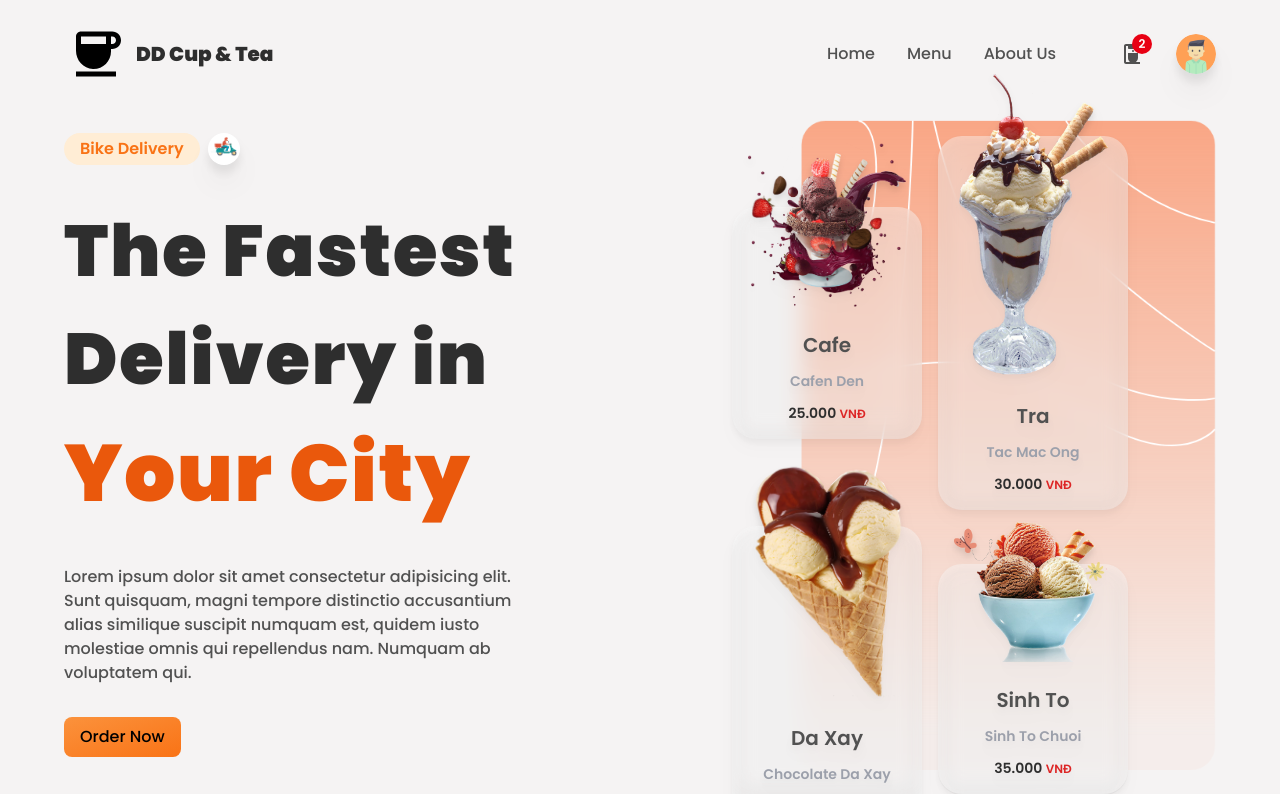
Repository: duongspm/ddcoffee
Page: /
These files come from the project's save history. The page is drawn as it stood at one moment and after a run of saves; the edit follows.
The browser window is 1280 px wide. The pictures show the whole page.
The project was rebuilt for these pictures with package versions that can differ from the ones it lists, and the page was loaded fresh each time. Also part of the build but not shown: src/App.css, src/components/CreateContainer.jsx.

Above is the page before, as saved 2022-07-12 20:07:31.

After the next 2 saves:
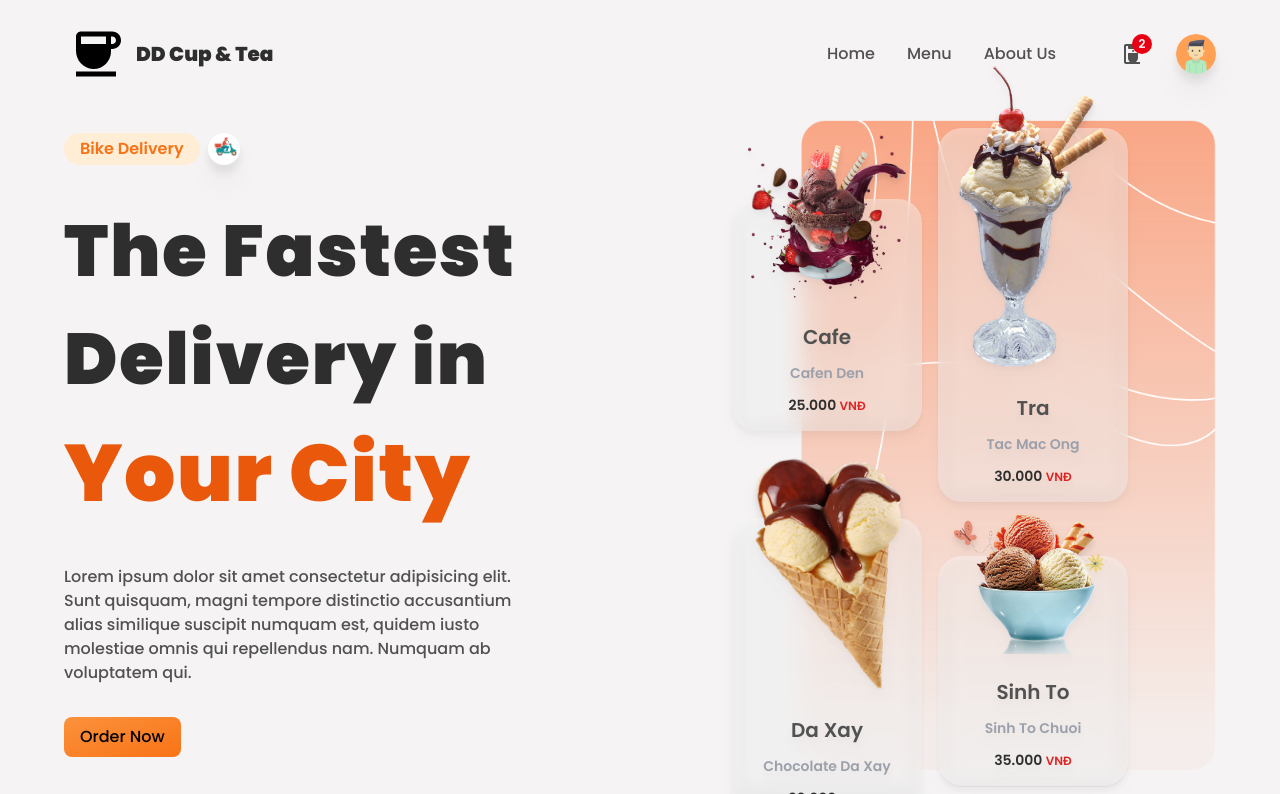
The 2 saves are shown as one change because they came seconds apart.
The last was saved 85 s later.
--- a/src/components/HomeContainer.jsx
+++ b/src/components/HomeContainer.jsx
@@ -20,7 +20,7 @@ const HomeContainer = () => {
             <div className='py-2 flex-1 flex items-center relative'>
                 <img src={HeroBg} className="ml-auto h-420 w-full lg:w-auto lg:h-650" alt="hero-bg"/>
 
-                <div className='w-full h-full absolute flex items-center justify-center top-0 left-0 px-16 py-6 gap-4 flex-wrap'>
+                <div className='w-full h-full absolute flex items-center justify-center top-0 left-0 px-22 py-4 gap-4 flex-wrap'>
                     {heroData && heroData.map(n => (
                         <div key={n.id} className='w-190 bg-cardOverlay backdrop-blur-md p-4 rounded-3xl flex flex-col items-center justify-center min-w-[190px] drop-shadow-lg'>
                         <img src={n.imageSrc} className='w-40 -mt-20' alt='i1'/>
